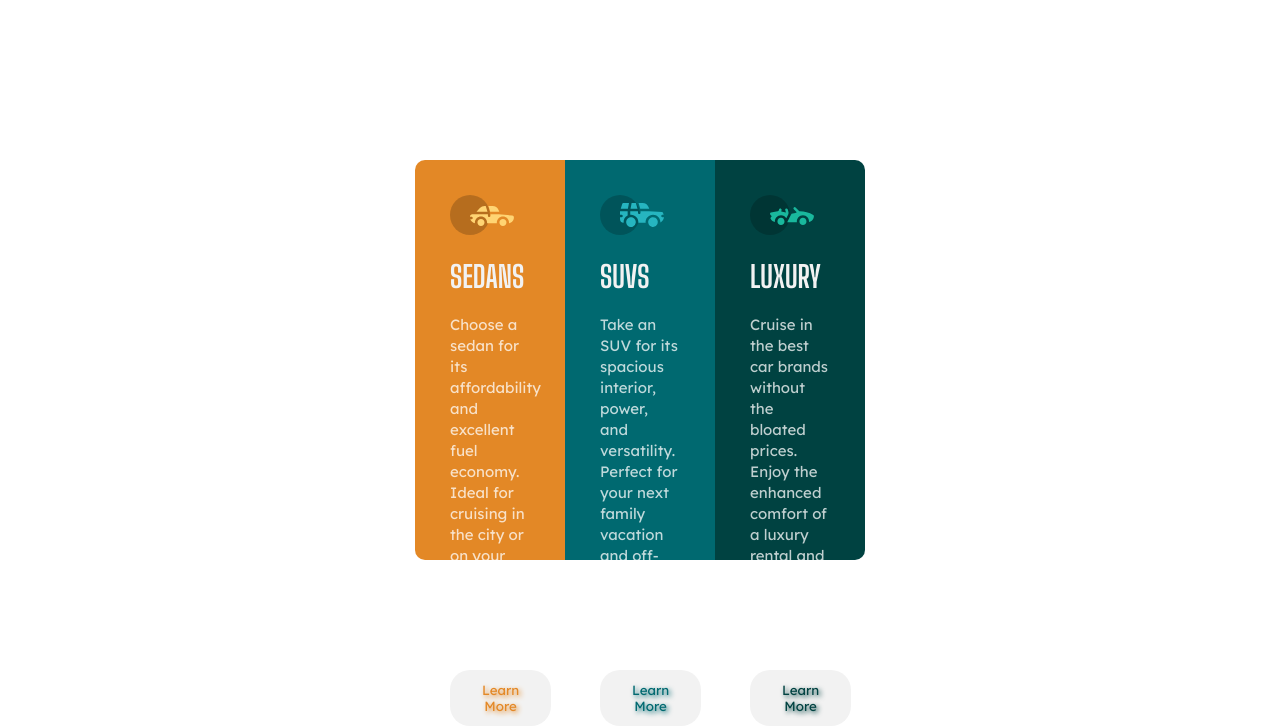
Repository: thaibaocoder1/3-column-card
Page: index.html
These files come from the project's save history. The page is drawn as it stood at one moment and after the next save; the edit follows.
The browser window is 1280 px wide. The pictures show the whole page.

Above is the page before, as saved 2023-01-11 21:18:46.

### index.html
<!DOCTYPE html>
<html lang="en">
<head>
  <meta charset="UTF-8">
  <meta name="viewport" content="width=device-width, initial-scale=1.0">
  <link rel="icon" type="image/png" sizes="32x32" href="./images/favicon-32x32.png">
  <title>Frontend Mentor | 3-column preview card component</title>
  <link rel="preconnect" href="https://fonts.googleapis.com">
  <link rel="preconnect" href="https://fonts.gstatic.com" crossorigin>
  <link href="https://fonts.googleapis.com/css2?family=Big+Shoulders+Display:wght@700&family=Lexend+Deca&display=swap" rel="stylesheet">
  <link rel="stylesheet" href="./styles.css">
</head>
<body>

  <main class="container">
    <div class="container__box container__box--one">
      <img src="./images/icon-sedans.svg" alt="" class="container--image">
      <h1 class="container--heading">Sedans</h1>
      <p class="container--content">
        Choose a sedan for its affordability and excellent fuel economy. Ideal for cruising in the city
        or on your next road trip.
      </p>
      <button class="container--btn container--btn-one">Learn More</button>
    </div>

    <div class="container__box container__box--two">
      <img src="./images/icon-suvs.svg" alt="" class="container--image">
      <h1 class="container--heading">Suvs</h1>
      <p class="container--content">
        Take an SUV for its spacious interior, power, and versatility. Perfect for your next family vacation
        and off-road adventures.
      </p>
      <button class="container--btn container--btn-two">Learn More</button>
    </div>

    <div class="container__box container__box--three">
      <img src="./images/icon-luxury.svg" alt="" class="container--image">
      <h1 class="container--heading">Luxury</h1>
      <p class="container--content">
        Cruise in the best car brands without the bloated prices. Enjoy the enhanced comfort of a luxury
        rental and arrive in style.
      </p>
      <button class="container--btn container--btn-three">Learn More</button>
    </div>
  </main>


</body>
</html>

### styles.css
* {
    margin: 0;
    padding: 0;
    box-sizing: border-box;
}
html {
    font-size: 62.5%;
}
body {
    text-rendering: optimizeLegibility;
    scroll-behavior: smooth;
    font-family: 'Big Shoulders Display', cursive;
    font-family: 'Lexend Deca', sans-serif;
    display: flex;
    align-items: center;
    justify-content: center;
    min-height: calc(100vh - 1px);
}
:root {
    --bright-orange: hsl(31, 77%, 52%);
    --dark-cyan: hsl(184, 100%, 22%);
    --very-dark-cyan: hsl(179, 100%, 13%);
    --white-p:  hsla(0, 0%, 100%, 0.75);
    --light-gray: hsl(0, 0%, 95%);
}
.container {
    max-width: 90rem;
    height: 40rem;
    margin: 0 auto;
    display: flex;
    align-items: stretch;
    justify-content: center;
}
.container .container__box {
    padding: 3.5rem;
    max-width: 15rem;
}
.container .container__box--one {
    background-color: var(--bright-orange);
    border-radius: 1rem 0 0 1rem;
}
.container .container__box--two {
    background-color: var(--dark-cyan);
}
.container .container__box--three {
    background-color: var(--very-dark-cyan);
    border-radius: 0 1rem 1rem 0;
}
.container__box .container--heading {
    color: var(--light-gray);
    font-family: 'Big Shoulders Display', cursive;
    text-transform: uppercase;
    font-size: 3rem;
    margin: 2rem 0;
    font-weight: 500;
}
.container__box .container--content {
    color: var(--white-p);
    margin-bottom: 6.2rem;
    font-size: 1.5rem;
    line-height: 1.4;
}
.container__box .container--btn {
    padding: 1.2rem 3.2rem;
    border: none;
    border-radius: 2rem;
    background-color: var(--light-gray);
    cursor: pointer;
    transition: all 0.25s linear;
}
.container__box .container--btn-one {
    color: var(--bright-orange);
    font-family: 'Lexend Deca', sans-serif;
    font-weight: 500;
    text-shadow: 2px 2px 5px var(--bright-orange);
}
.container__box .container--btn-two {
    color: var(--dark-cyan);
    font-family: 'Lexend Deca', sans-serif;
    font-weight: 500;
    text-shadow: 2px 2px 5px var(--dark-cyan);
}
.container__box .container--btn-three {
    color: var(--very-dark-cyan);
    font-family: 'Lexend Deca', sans-serif;
    font-weight: 500;
    text-shadow: 2px 2px 5px var(--very-dark-cyan);
}
.container__box .container--btn:hover {
    background-color: transparent;
    color: #fff;
}

After the next save:
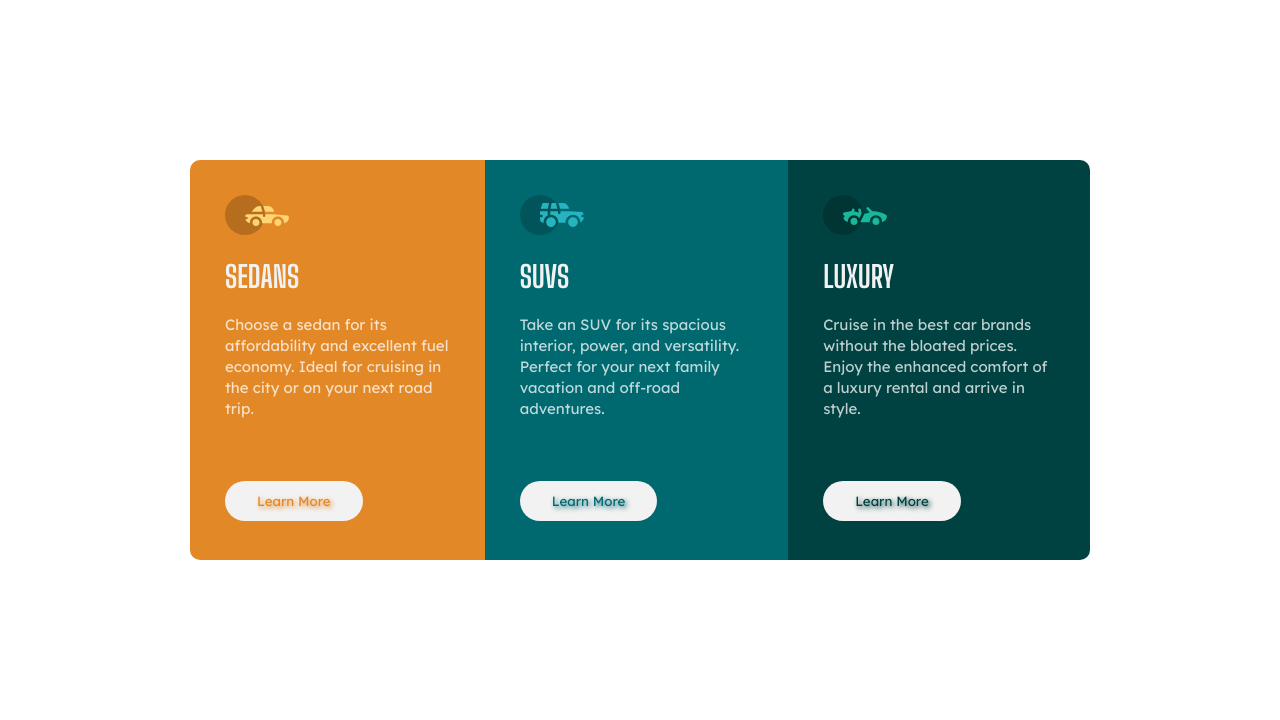
Saved 16 s later.
--- a/styles.css
+++ b/styles.css
@@ -33,7 +33,7 @@ body {
 }
 .container .container__box {
     padding: 3.5rem;
-    max-width: 15rem;
+    min-width: 15rem;
 }
 .container .container__box--one {
     background-color: var(--bright-orange);
